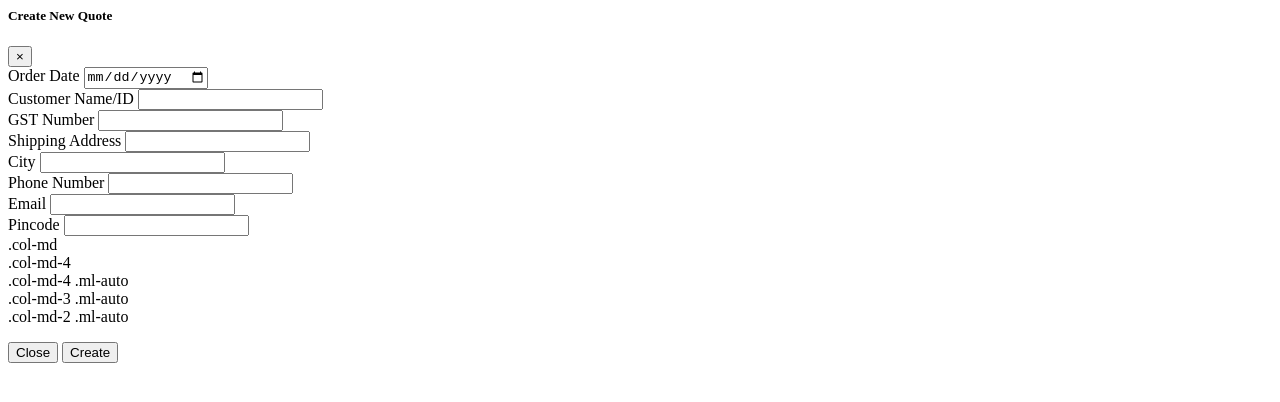
Repository: hrishibhattu/CodeFury-Internal-2
Page: ToYoDo/WebContent/WEB-INF/modal/quote.html
These files come from the project's save history. The page is drawn as it stood at one moment and after the next save; the edit follows.
The browser window is 1280 px wide. The pictures show the whole page.

Above is the page before, as saved 2021-09-19 06:38:41.

After the next save:
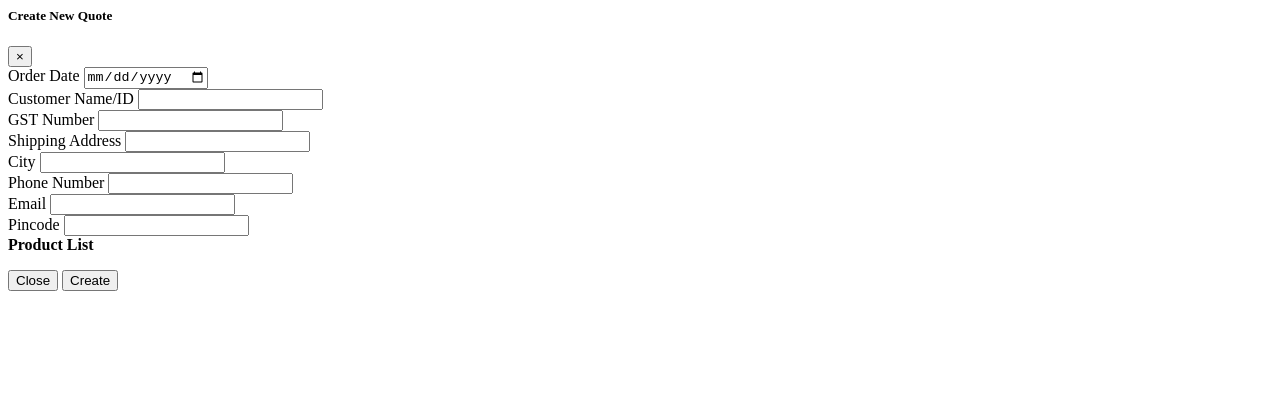
Saved 98 s later.
--- a/ToYoDo/WebContent/WEB-INF/modal/quote.html
+++ b/ToYoDo/WebContent/WEB-INF/modal/quote.html
@@ -55,17 +55,8 @@
 					</div>
 					<div class="container-fluid">
 					    <div class="row">
-					      <div class="col-md">.col-md</div>
+					      <strong>Product List</strong>
 					    </div>
-
-					     <div class="row">
-      <div class="col-md-4">.col-md-4</div>
-      <div class="col-md-4 ml-auto">.col-md-4 .ml-auto</div>
-    </div>
-    <div class="row">
-      <div class="col-md-3 ml-auto">.col-md-3 .ml-auto</div>
-      <div class="col-md-2 ml-auto">.col-md-2 .ml-auto</div>
-    </div>
 					</div>
 				</form>
 
